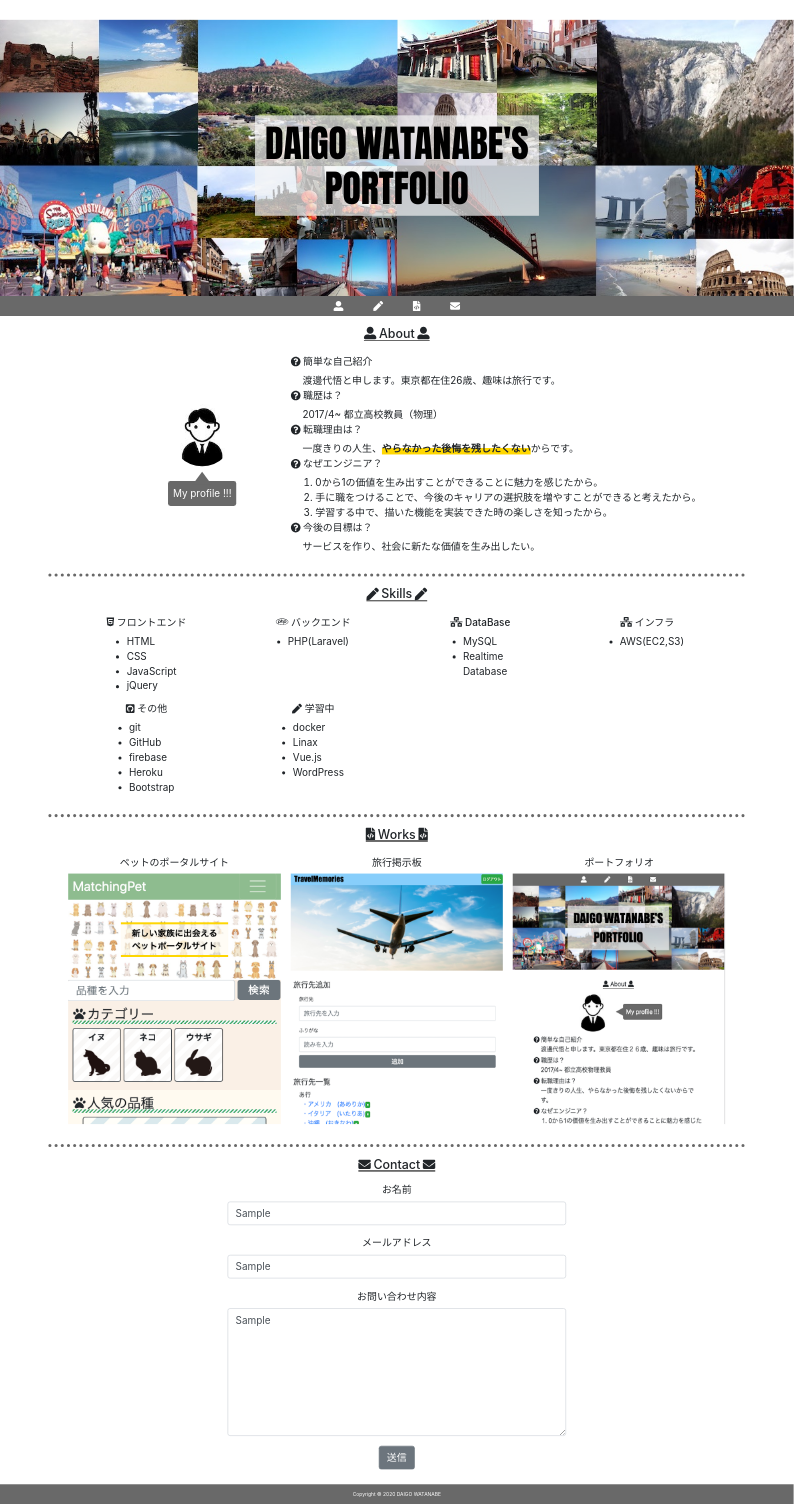
Repository: watanabedaigo/Portfolio
Page: public/index.html
The author's editor kept a record of every edit. The page is drawn from the files as they stood at one moment, then again after the next edit.
The browser window is 1280 px wide. The pictures show the whole page, at 62% of full size.
Empty fields were first filled with sample values (such as "Sample", 5 or name@example.com).
After loading, the first visible `span.mr-4` was clicked once.
Some web libraries are served in a nearby version.

Above is the page before.

After the next edit:
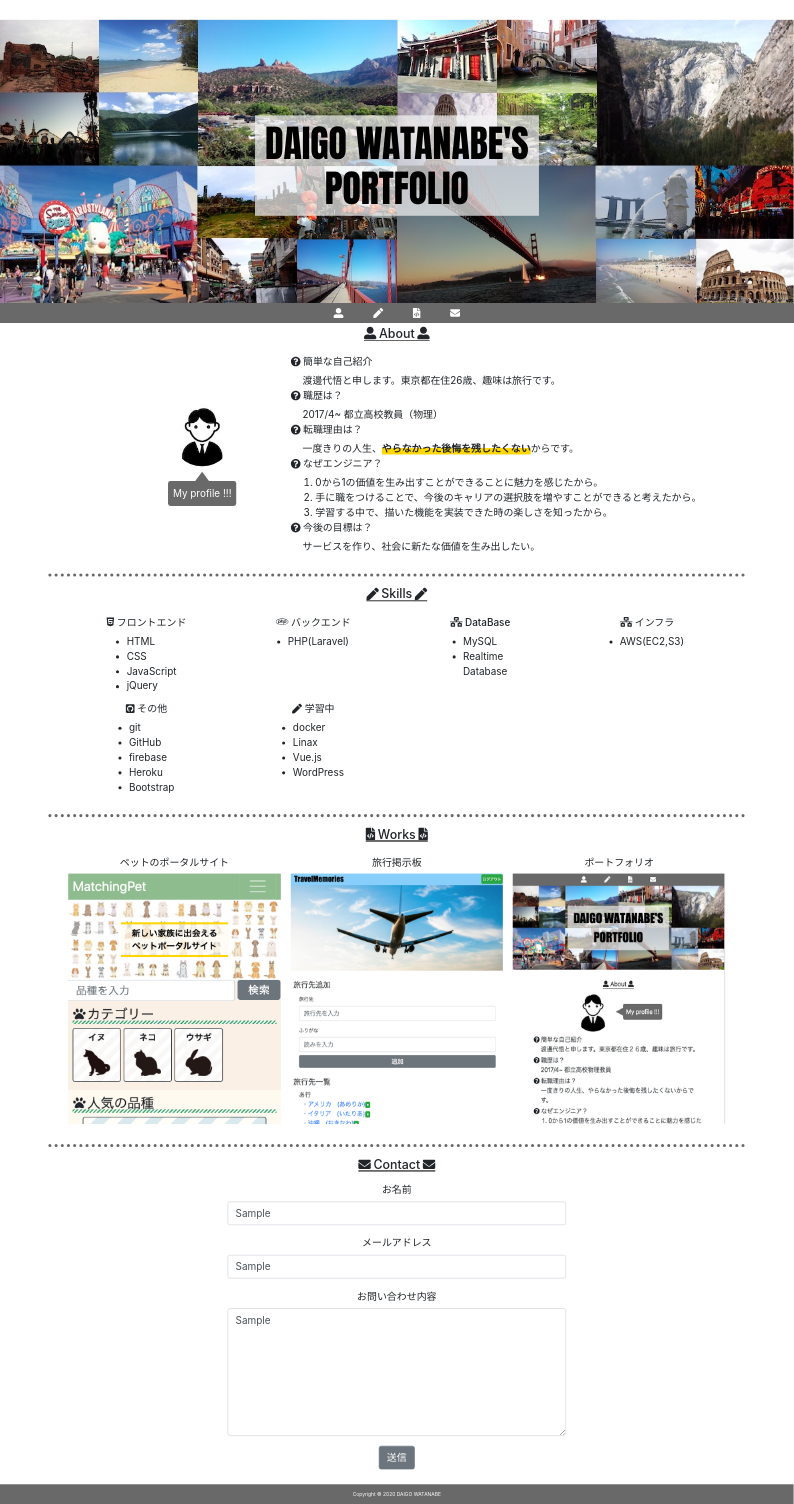
The edit:
--- a/public/js/main.js
+++ b/public/js/main.js
@@ -1,6 +1,6 @@
 $('.about-icon').on('click',() => {
     const about = $('#about').offset().top;
-    $("html, body").animate({ scrollTop: about - 32 }, 200);
+    $("html, body").animate({ scrollTop: about - 20 }, 200);
 });
 
 $('.skills-icon').on('click',() => {
